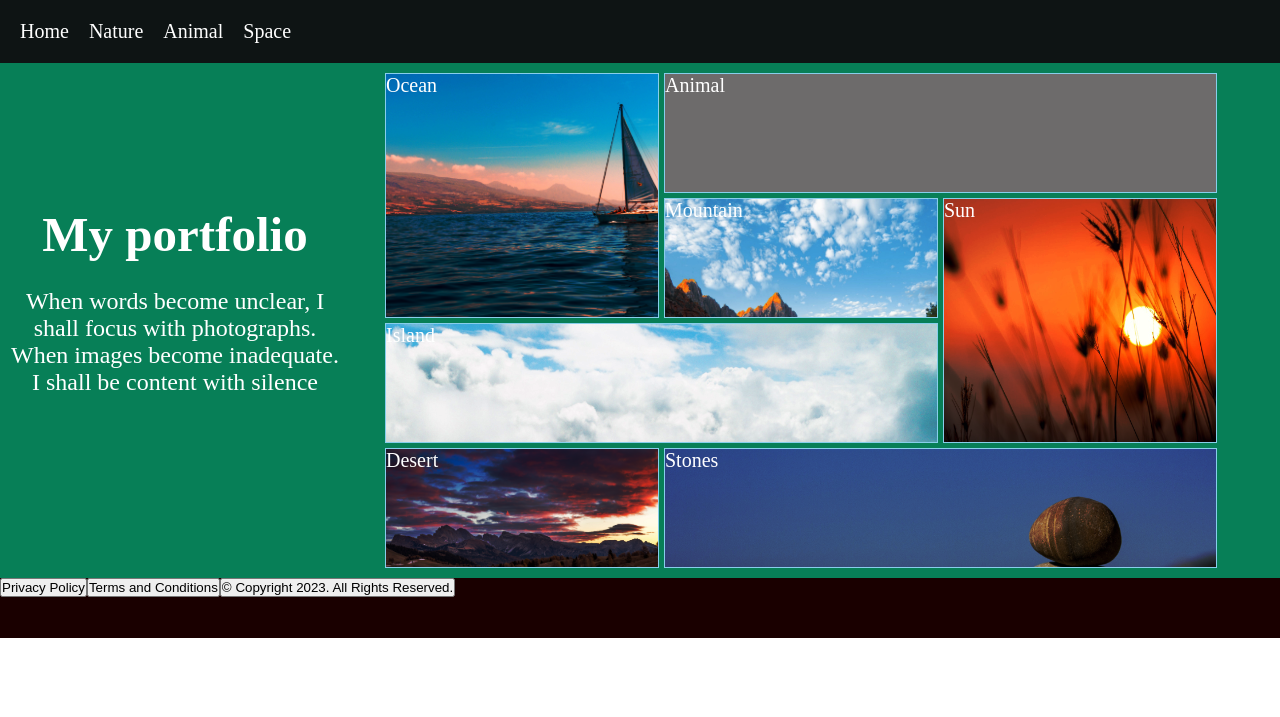
Repository: suraj-yadav7/03_Gallery_Portfolio
Page: index.html
The author's editor kept a copy of each file at every save. The page is drawn from the files as they stood at one save, then again after the next save.
The browser window is 1280 px wide. The pictures show the whole page.
Pictures or frames that could not be fetched are drawn as grey boxes. Some web fonts or font styles are not loaded; a fallback is used.

Above is the page before, as saved 2023-02-14 21:21:04.

### index.html
<!DOCTYPE html>
<html lang="en">
<head>
    <meta charset="UTF-8">
    <meta http-equiv="X-UA-Compatible" content="IE=edge">
    <meta name="viewport" content="width=device-width, initial-scale=1.0">
    <title>Gallery</title>
    <link rel="stylesheet" href="style.css">
</head>
<body>
    <nav class="nav-section">
        <div class="nav-container">
        <ul class="nav-item flex">
            <li>    <a href="#">Home</a>   </li>
            <li>    <a href="#">Nature</a> </li>
            <li>    <a href="#">Animal</a> </li>
            <li>    <a href="#">Space</a> </li>
        </ul>
        </div>
    </nav>

        <div class="container flex">
            <div class="header-text">
                <h1 class="heading">My portfolio</h1>
                <p class="para">When words become unclear, I shall focus with photographs. When images become inadequate. I shall be content with silence</p>
            </div>
            <div class="gallery-layout">
                <div class="box" id="box1">Ocean</div>
                <div class="box" id="box2">Animal</div>
                <div class="box" id="box3">Mountain</div>
                <div class="box" id="box4">Sun</div>
                <div class="box" id="box5">Island</div>
                <div class="box" id="box6">Desert</div>
                <div class="box" id="box7">Stones</div>
            </div>
        </div>
        <footer>
            <div class="flex">
                <button>Privacy Policy</button>
                <button>Terms and Conditions</button>
                <button>© Copyright 2023. All Rights Reserved.</button>
            </div>
        </footer>
</body>
</html>

### style.css
@import url('https://fonts.googleapis.com/css2?family=Bodoni+Moda:ital,opsz@0,6..96;1,6..96&display=swap');

*{
    margin: 0;
    padding: 0;
    box-sizing: border-box;
}

:root{
    --primary-text-color: #1a0000;
    --secondary-text-color:  #33331a;
    --accent-color:  #cc99ff;
    --accent-dark-color: #4d88ff;
    --padding-inline-section: 20px;
}


/* Utility */


a{
    text-decoration: none;
    color: rgb(255, 255, 255);


}

.flex{
    display: flex;
    align-items: center;

}

/* Nav section */
.nav-container{
    background-color: rgb(14, 20, 20);
    padding: var(--padding-inline-section);
    font-family: 'Bodoni Moda', serif;
    font-size: 20px;


}
.nav-item{
    gap: 20px;
    list-style: none;
}
a:hover{
    color:#fff;
}

/*main -section */
.container{
    background-color: rgb(7, 127, 87);
    padding-block: 10px;
    gap: 35px;
    font-family: "bodoni modo" ;

}
.header-text{
    height: 250px;
   width: 350px;
    color: white;
    text-align: center;
    padding: 10px;

}
.heading{
    font-size: 49px;
}
.para{
    margin-top: 25px;
    font-size: 1.5rem;
}
.gallery-layout{
    display: grid;
    row-gap: 5px;
    column-gap: 5px;
    grid-template-columns: repeat(3, 1fr);
    grid-auto-rows: 120px;
    flex-basis: 65%;

}

.box{
    background-color: rgb(63, 60, 60);
    border: 1px solid skyblue;
    background-size: cover;
    background-position: top;
    background-blend-mode: hard-light;
    transition: all 1s ease-in-out;
    cursor: pointer;
    color: white;
    font-size: 20px;


}
.box:hover{
    background-color:rgb(210, 204, 204) ;
    background-position: center;

    box-shadow: 0 0 4px #fff;

}

#box1{
    grid-row: span 2;
    background-image: url("images/pexels-szelei-robert-1482193.jpg");


}

#box2{
    grid-column: span 2;
    background-image: url("images/pexels-dsd-1829979.jpg");

}
#box3{
    background-image: url("images/pexels-michael-block-3225517.jpg");

}

#box4{
    grid-row: span 2;
    background-image: url("images/pexels-darwis-alwan-1454752.jpg");
}

#box5{
    grid-column: span 2;
    background-image: url("images/pexels-michael-block-3225524.jpg");

}
#box6{
    background-image: url("images/pexels-michal-lizuch-2919720.jpg");

}

#box7{
    grid-column: span 2;
    background-image: url("images/pexels-pixabay-235990.jpg");

}


/* Footer */
footer{
    height: 60px;
    max-width: 100%;
    background-color: #1a0000;
}

/* media queries for Mobile Responsiveness */

@media screen and (max-width: 1024px){

    .container{
        flex-direction: column;
        padding: 20px;
    }
    .box{
        grid-column: span 3;
        grid-row: span 1;

    }
.gallery-layout{
    margin-top:-20px;
    width: 100%;
    grid-auto-rows: 100px;
    padding-inline: 12px;
    row-gap: 10px;

}
#box2, #box5, #box7{
    grid-column: span 3;
}

}

After the next save:
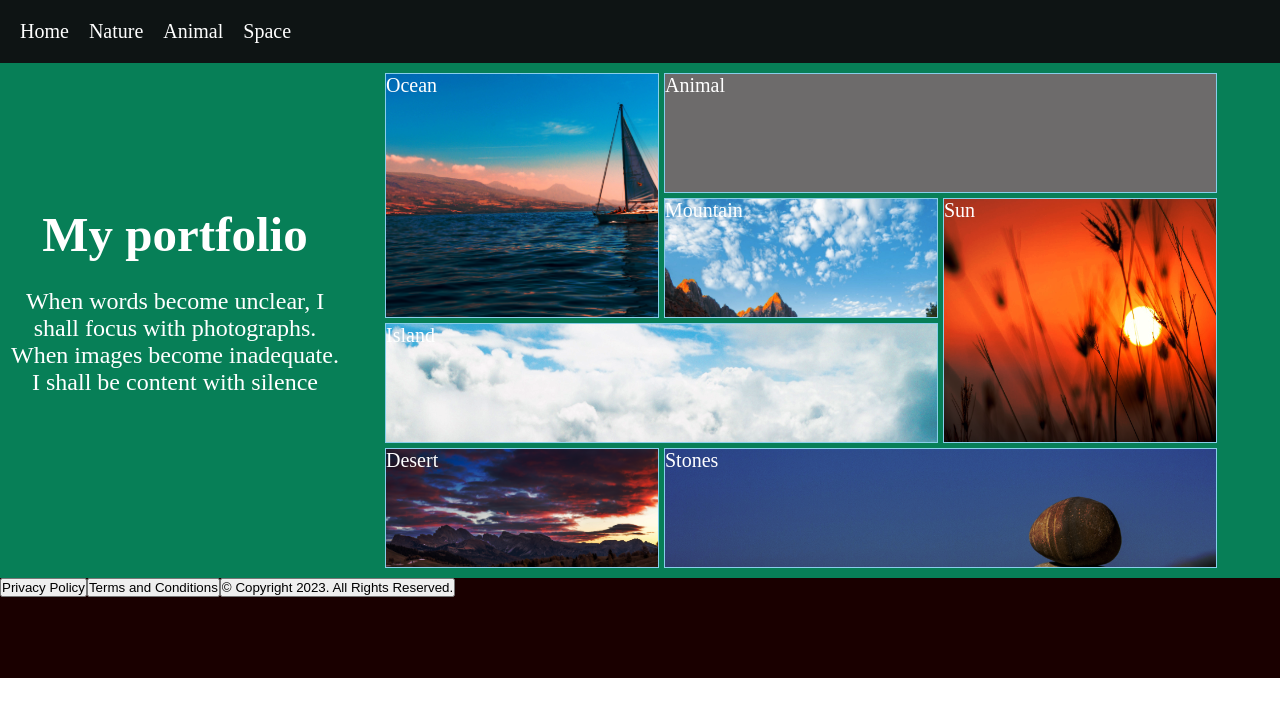
Saved 18 s later.
--- a/style.css
+++ b/style.css
@@ -143,7 +143,7 @@ a:hover{
 
 /* Footer */
 footer{
-    height: 60px;
+    height: 100px;
     max-width: 100%;
     background-color: #1a0000;
 }
